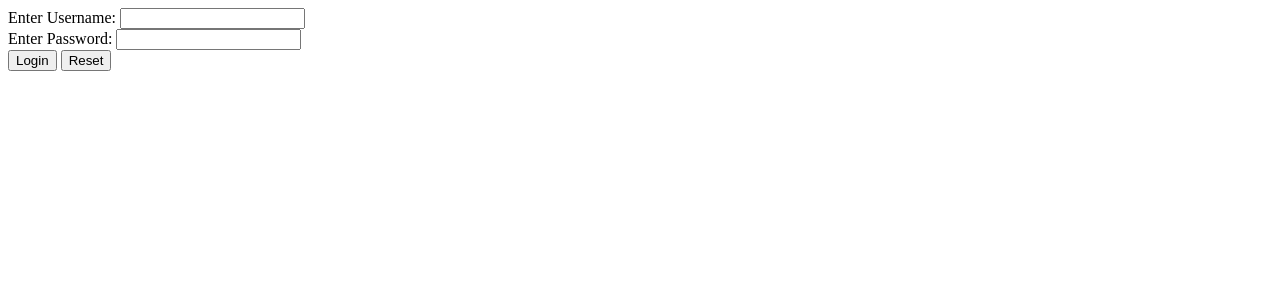
Repository: aditiee/CybageTraining
Page: Advance Java/demos/ServletFeatures/WebContent/Login.html
An editor plug-in stored every save of this project. The page is shown before and after the next save, followed by the edit.
The browser window is 1280 px wide. The pictures show the whole page.

Above is the page before, as saved 2019-02-05 11:27:21.

### Advance Java/demos/ServletFeatures/WebContent/Login.html
<!DOCTYPE html>
<html>
<head>
<meta charset="ISO-8859-1">
<title>Insert title here</title>
</head>
<body>
	<form method="get" action="FirstServlet">

		Enter Username: <input type="text" name="uname"><br>
		Enter Password: <input type="password" name="pass"><br>
		<input type="submit" value="Login"> <input type="reset" >
	</form>
</body>
</html>

After the next save:
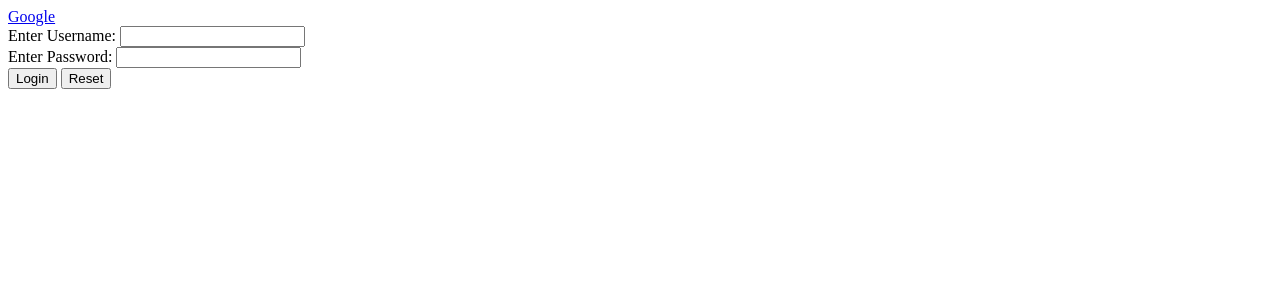
Saved 17 h 24 min later.
--- a/Advance Java/demos/ServletFeatures/WebContent/Login.html
+++ b/Advance Java/demos/ServletFeatures/WebContent/Login.html
@@ -5,6 +5,7 @@
 <title>Insert title here</title>
 </head>
 <body>
+<a href="www.google.com">Google</a>
 	<form method="get" action="FirstServlet">
 
 		Enter Username: <input type="text" name="uname"><br>
